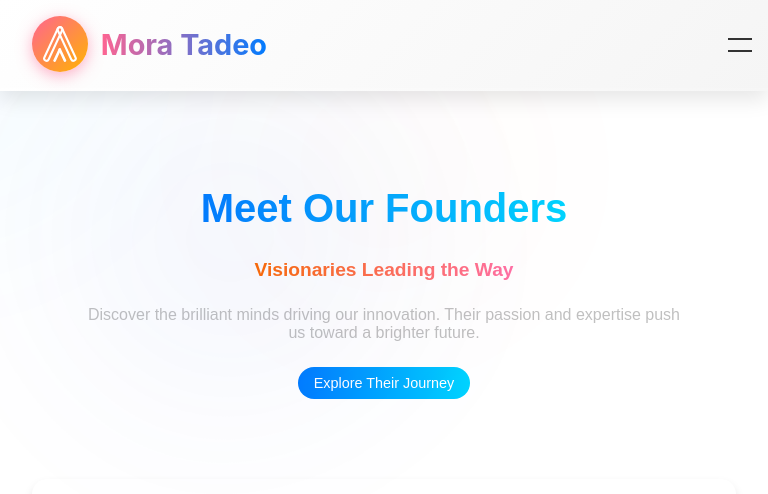
Repository: AbrahamM007/moratadeo
Page: /founders
The author's editor kept a copy of each file at every save. The page is drawn from the files as they stood at one save, then again after the next save.
The browser window is 768 px wide. The pictures show the part of the page from y = 0 to 494 px (the page is 2143 px tall before and 2390 px after).
Pictures or frames that could not be fetched are drawn as grey boxes. The project was rebuilt for these pictures with package versions that can differ from the ones it lists, and the page was loaded fresh each time. Also part of the build but not shown: src/HeroSection.css, src/HeroSection.js, src/InfoSection.css, src/InfoSection.js, src/RoadmapSection.css, src/RoadmapSection.js, src/DesignPhaseSection.js, src/HeroBanner.js and 6 more.

Above is the page before, as saved 2025-01-12 22:35:51.

After the next save:
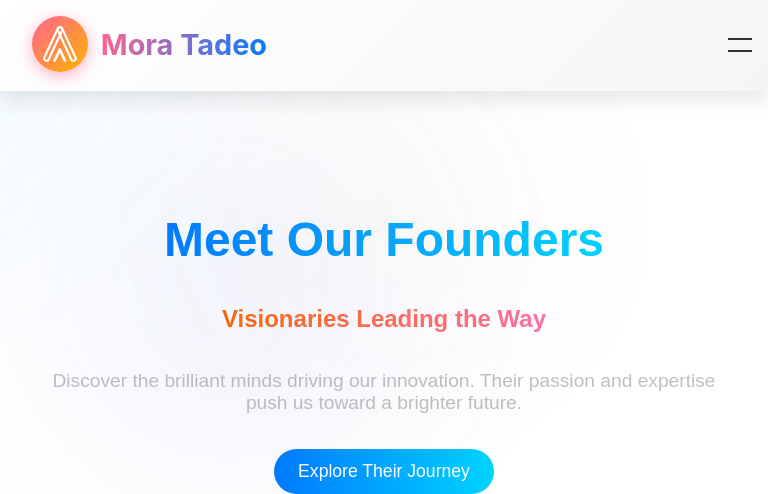
Saved 65 s later.
--- a/src/FoundersPage.css
+++ b/src/FoundersPage.css
@@ -14,13 +14,13 @@
     align-items: center;
     justify-content: center;
     text-align: center;
-    padding: 60px 10px;
-    gap: 10px;
+    padding: 80px 20px;
+    gap: 15px;
     position: relative;
   }
 
   .founders-hero-title {
-    font-size: 3rem;
+    font-size: 4rem;
     font-weight: bold;
     line-height: 1.2;
     margin-bottom: 0;
@@ -30,26 +30,26 @@
   }
 
   .founders-hero-subtitle {
-    font-size: 1.5rem;
+    font-size: 2rem;
     font-weight: bold;
-    line-height: 1.2;
-    margin-bottom: 15px;
+    line-height: 1.3;
+    margin-bottom: 20px;
     background: linear-gradient(90deg, #ff6a00, #ff70a6);
     -webkit-background-clip: text;
     -webkit-text-fill-color: transparent;
   }
 
   .hero-paragraph {
-    font-size: 1rem;
-    max-width: 600px;
+    font-size: 1.2rem;
+    max-width: 700px;
     margin: 0 auto;
     color: #c0c0c0;
   }
 
   .hero-button {
-    font-size: 0.9rem;
-    padding: 8px 16px;
-    margin-top: 15px;
+    font-size: 1.1rem;
+    padding: 12px 24px;
+    margin-top: 20px;
     background: linear-gradient(90deg, #007bff, #00d4ff);
     border: none;
     border-radius: 50px;
@@ -59,8 +59,8 @@
   }
 
   .hero-button:hover {
-    transform: scale(1.03);
-    box-shadow: 0px 6px 12px rgba(0, 0, 0, 0.15);
+    transform: scale(1.05);
+    box-shadow: 0px 10px 20px rgba(0, 0, 0, 0.15);
   }
 
   /* Abstract Shapes */
@@ -72,26 +72,26 @@
   }
 
   .shape1 {
-    width: 200px;
-    height: 200px;
+    width: 250px;
+    height: 250px;
     background: linear-gradient(45deg, #007bff, #00d4ff);
-    top: -30px;
-    left: -50px;
+    top: -40px;
+    left: -60px;
   }
 
   .shape2 {
-    width: 150px;
-    height: 150px;
+    width: 200px;
+    height: 200px;
     background: linear-gradient(45deg, #ff6a00, #ff70a6);
-    top: 20%;
-    right: -40px;
+    top: 25%;
+    right: -50px;
   }
 
   .shape3 {
-    width: 250px;
-    height: 250px;
+    width: 300px;
+    height: 300px;
     background: linear-gradient(45deg, #00d4ff, #6a11cb);
-    bottom: -60px;
+    bottom: -70px;
     left: 30%;
   }
 
@@ -100,24 +100,24 @@
     display: flex;
     flex-wrap: wrap;
     justify-content: center;
-    gap: 20px;
-    padding: 20px 10px;
+    gap: 30px;
+    padding: 40px 20px;
   }
 
   .founder-card {
     background: #ffffff;
-    border-radius: 15px;
-    box-shadow: 0px 5px 10px rgba(0, 0, 0, 0.1);
+    border-radius: 20px;
+    box-shadow: 0px 10px 20px rgba(0, 0, 0, 0.1);
     overflow: hidden;
     transition: transform 0.2s ease, box-shadow 0.2s ease;
     text-align: center;
-    width: 250px;
-    padding: 15px;
+    width: 280px;
+    padding: 20px;
   }
 
   .founder-card:hover {
     transform: translateY(-8px);
-    box-shadow: 0px 15px 25px rgba(0, 0, 0, 0.2);
+    box-shadow: 0px 20px 40px rgba(0, 0, 0, 0.15);
   }
 
   .founder-image-container {
@@ -137,39 +137,39 @@
   }
 
   .founder-name {
-    font-size: 1.2rem;
+    font-size: 1.4rem;
     font-weight: bold;
-    margin-top: 10px;
-    margin-bottom: 5px;
+    margin-top: 15px;
+    margin-bottom: 8px;
     background: linear-gradient(90deg, #007bff, #00d4ff);
     -webkit-background-clip: text;
     -webkit-text-fill-color: transparent;
   }
 
   .founder-title {
-    font-size: 1rem;
+    font-size: 1.2rem;
     font-weight: bold;
-    margin-bottom: 5px;
+    margin-bottom: 8px;
     background: linear-gradient(90deg, #ff6a00, #ff70a6);
     -webkit-background-clip: text;
     -webkit-text-fill-color: transparent;
   }
 
   .founder-bio {
-    font-size: 0.85rem;
-    line-height: 1.4;
+    font-size: 1rem;
+    line-height: 1.5;
     color: #c0c0c0;
-    margin-bottom: 10px;
+    margin-bottom: 12px;
   }
 
   /* Responsive Design */
   @media (max-width: 768px) {
     .founders-hero-title {
-      font-size: 2.5rem;
+      font-size: 3rem;
     }
 
     .founders-hero-subtitle {
-      font-size: 1.2rem;
+      font-size: 1.5rem;
     }
 
     .founder-card {
